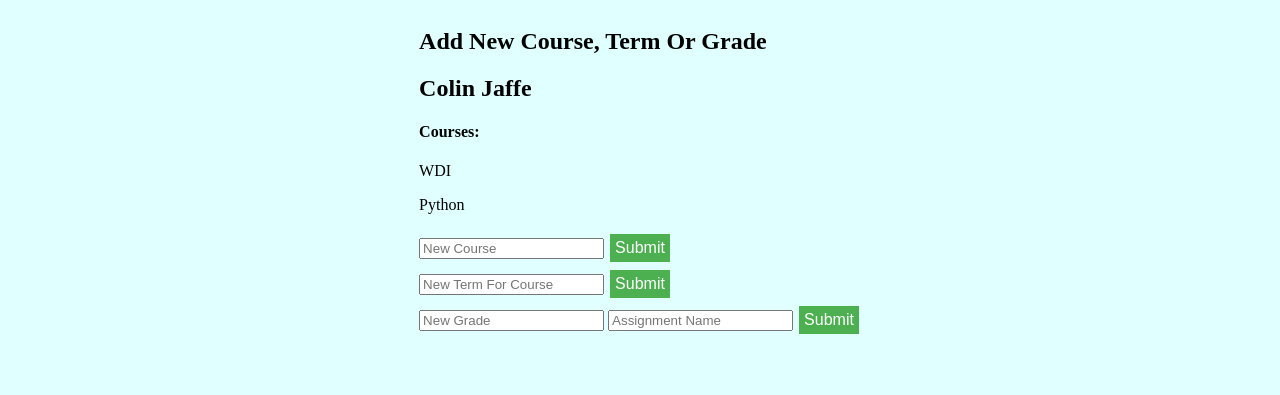
Repository: EdmontDantes/graderaide-ui
Page: add.html
The author's editor kept a copy of each file at every save. The page is drawn from the files as they stood at one save, then again after a run of saves.
The browser window is 1280 px wide. The pictures show the whole page.

Above is the page before, as saved 2020-04-21 15:51:16.

After the next 3 saves:
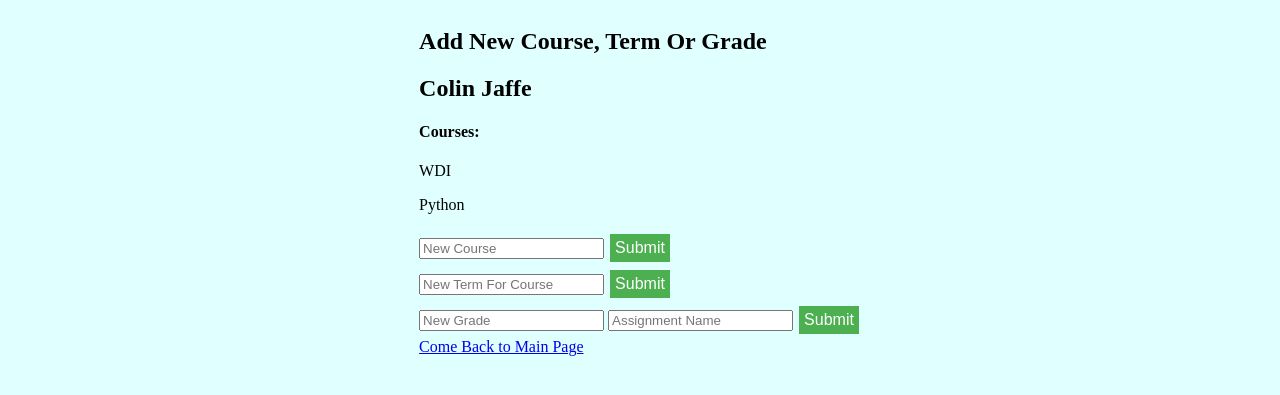
The 3 saves are shown as one change because they came seconds apart.
The last was saved 11 s later.
--- a/add.html
+++ b/add.html
@@ -32,7 +32,7 @@
       </section>
 
       <div>
-        <a href="index.html"
+        <a href="index.html">Come Back to Main Page</a>
       </div>
     </section>
   </body>
